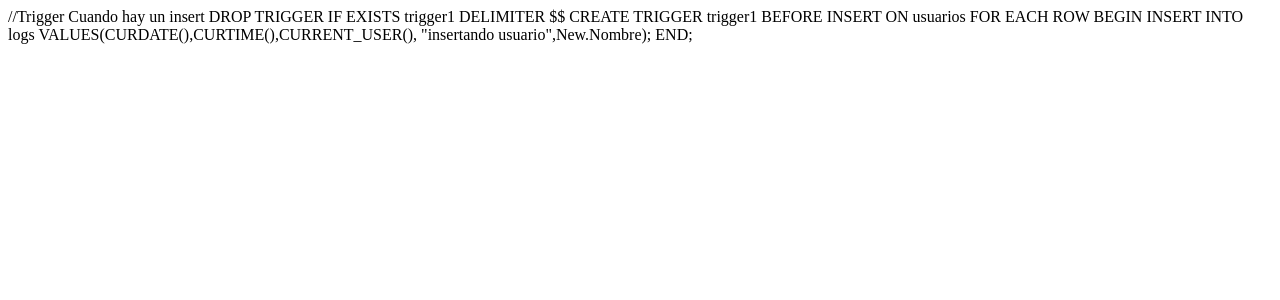
Repository: guillospy92/farm-app
Page: http://localhost/tcpdf/Datos/ejemplo.php
The author's editor kept a record of every edit. The page is drawn from the files as they stood at one moment, then again after the next edit.
The browser window is 1280 px wide. The pictures show the whole page.
The page is run by PHP 8.4 with error messages shown; the project is at /var/www/html/.

Above is the page before.

### Datos/ejemplo.php
//Trigger Cuando hay  un insert


DROP TRIGGER IF EXISTS trigger1
DELIMITER $$
CREATE TRIGGER trigger1
    BEFORE INSERT
    ON usuarios
    FOR EACH ROW
BEGIN
    INSERT INTO logs VALUES(CURDATE(),CURTIME(),CURRENT_USER(), "insertando usuario",New.Nombre);
END;

After the next edit:
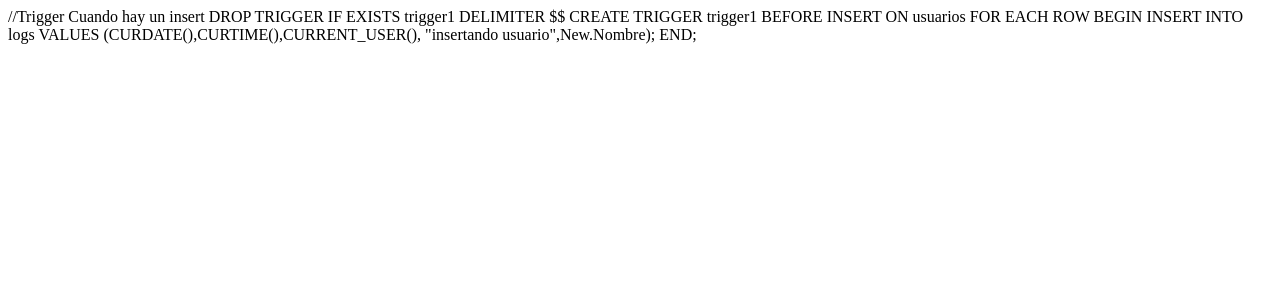
The edit:
--- a/Datos/ejemplo.php
+++ b/Datos/ejemplo.php
@@ -8,5 +8,7 @@
     ON usuarios
     FOR EACH ROW
 BEGIN
-    INSERT INTO logs VALUES(CURDATE(),CURTIME(),CURRENT_USER(), "insertando usuario",New.Nombre);
+    INSERT INTO logs
+    VALUES
+    (CURDATE(),CURTIME(),CURRENT_USER(), "insertando usuario",New.Nombre);
 END;
